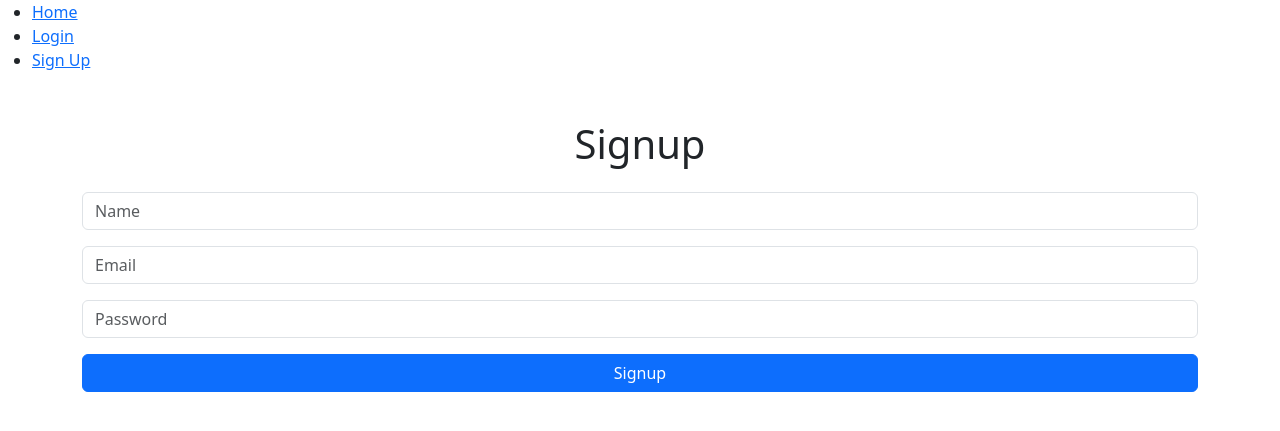
Repository: ismail-yasser/help-microserveices
Page: /signup (app in frontend/)
An editor plug-in stored every save of this project. The page is shown before and after the next save, followed by the edit.
The browser window is 1280 px wide. The pictures show the whole page.
The project was rebuilt for these pictures with package versions that can differ from the ones it lists, and the page was loaded fresh each time. Also part of the build but not shown: frontend/src/pages/LoginPage.js, frontend/src/services/api.js, frontend/src/pages/HelpRequestListPage.js, frontend/src/pages/CreateHelpRequestPage.js, frontend/src/pages/HelpRequestDetailPage.js, frontend/src/pages/CreateHelpOfferPage.js. Imported but missing from the stored project, and not drawn on this page: frontend/src/context/services/api.

Above is the page before, as saved 2025-05-20 21:58:24.

### frontend/public/index.html
<!DOCTYPE html>
<html lang="en">
  <head>
    <meta charset="utf-8" />
    <link rel="icon" href="%PUBLIC_URL%/favicon.ico" />
    <meta name="viewport" content="width=device-width, initial-scale=1" />
    <meta name="theme-color" content="#000000" />
    <meta
      http-equiv="Content-Security-Policy"
      content="default-src 'self'; font-src 'self' data: https: fonts.gstatic.com; img-src 'self' data: https:; style-src 'self' 'unsafe-inline' https://fonts.googleapis.com; script-src 'self' 'unsafe-inline'; connect-src 'self' http://localhost:* ws://localhost:*;"
    />
    <meta
      name="description"
      content="Web site created using create-react-app"
    />
    <link rel="apple-touch-icon" href="%PUBLIC_URL%/logo192.png" />
    <!--
      manifest.json provides metadata used when your web app is installed on a
      user's mobile device or desktop. See https://developers.google.com/web/fundamentals/web-app-manifest/
    -->
    <link rel="manifest" href="%PUBLIC_URL%/manifest.json" />
    <!--
      Notice the use of %PUBLIC_URL% in the tags above.
      It will be replaced with the URL of the `public` folder during the build.
      Only files inside the `public` folder can be referenced from the HTML.

      Unlike "/favicon.ico" or "favicon.ico", "%PUBLIC_URL%/favicon.ico" will
      work correctly both with client-side routing and a non-root public URL.
      Learn how to configure a non-root public URL by running `npm run build`.
    -->
    <title>React App</title>
  </head>
  <body>
    <noscript>You need to enable JavaScript to run this app.</noscript>
    <div id="root"></div>
    <!--
      This HTML file is a template.
      If you open it directly in the browser, you will see an empty page.

      You can add webfonts, meta tags, or analytics to this file.
      The build step will place the bundled scripts into the <body> tag.

      To begin the development, run `npm start` or `yarn start`.
      To create a production bundle, use `npm run build` or `yarn build`.
    -->
  </body>
</html>

### frontend/src/index.js
import React from 'react';
import ReactDOM from 'react-dom/client';
import './index.css';
import 'bootstrap/dist/css/bootstrap.min.css'; // Import Bootstrap CSS
import App from './App';

const root = ReactDOM.createRoot(document.getElementById('root'));
root.render(
  <React.StrictMode>
    <App />
  </React.StrictMode>
);

### frontend/src/App.js
import React from 'react';
import { BrowserRouter as Router, Routes, Route, Link, Navigate } from 'react-router-dom';
import { AuthProvider, useAuth } from './context/AuthContext';
import LoginPage from './pages/LoginPage';
import SignupPage from './pages/SignupPage';
import HelpRequestList from './pages/HelpRequestListPage';
import CreateHelpRequestPage from './pages/CreateHelpRequestPage';
import HelpRequestDetailPage from './pages/HelpRequestDetailPage';
import CreateHelpOfferPage from './pages/CreateHelpOfferPage';

function App() {
  const { user, logout, loading } = useAuth();

  if (loading) {
    return <div>Loading...</div>; // Or a proper spinner component
  }

  return (
    <Router>
      <nav>
        <ul>
          <li><Link to="/">Home</Link></li>
          {user ? (
            <>
              <li><Link to="/help-requests">View Help Requests</Link></li>
              <li><Link to="/create-help-request">Create Help Request</Link></li>
              <li><Link to="/create-help-offer">Create Help Offer</Link></li>
              <li><button onClick={logout}>Logout</button></li>
              {/* Display user info if available */}
              {user && user.name && <li>Logged in as: {user.name}</li>}
            </>
          ) : (
            <>
              <li><Link to="/login">Login</Link></li>
              <li><Link to="/signup">Sign Up</Link></li>
            </>
          )}
        </ul>
      </nav>
      <Routes>
        <Route path="/login" element={<LoginPage />} />
        <Route path="/signup" element={<SignupPage />} />

        {/* Protected Routes */}
        <Route
          path="/help-requests"
          element={user ? <HelpRequestList /> : <Navigate to="/login" />}
        />
        <Route
          path="/help-requests/:id"
          element={user ? <HelpRequestDetailPage /> : <Navigate to="/login" />}
        />
        <Route
          path="/create-help-request"
          element={user ? <CreateHelpRequestPage /> : <Navigate to="/login" />}
        />
        <Route
          path="/create-help-offer"
          element={user ? <CreateHelpOfferPage /> : <Navigate to="/login" />}
        />
        <Route
          path="/"
          element={user ? <Navigate to="/help-requests" /> : <Navigate to="/login" />}
        />
      </Routes>
    </Router>
  );
}

// Wrap App with AuthProvider so useAuth can be used within App
const AppWrapper = () => (
  <AuthProvider>
    <App />
  </AuthProvider>
);

export default AppWrapper;

### frontend/src/context/AuthContext.js
import React, { createContext, useState, useEffect, useContext } from 'react';
import api from './services/api'; // Assuming your api.js is in a services folder

const AuthContext = createContext(null);

export const AuthProvider = ({ children }) => {
  const [user, setUser] = useState(null);
  const [loading, setLoading] = useState(true);

  useEffect(() => {
    const token = localStorage.getItem('token');
    if (token) {
      // You might want to verify the token with the backend here
      // For now, we'll assume if a token exists, the user might be logged in.
      // Fetch user data if token exists
      api.getCurrentUser().then(response => {
        setUser(response.data);
      }).catch(() => {
        // Token might be invalid or expired
        localStorage.removeItem('token');
        setUser(null);
      }).finally(() => {
        setLoading(false);
      });
    } else {
      setLoading(false);
    }
  }, []);

  const login = async (credentials) => {
    try {
      const response = await api.loginUser(credentials);
      localStorage.setItem('token', response.data.token);
      // Fetch user data after login
      const userResponse = await api.getCurrentUser();
      setUser(userResponse.data);
      return response;
    } catch (error) {
      console.error('Login failed:', error);
      throw error;
    }
  };

  const signup = async (userData) => {
    try {
      const response = await api.signupUser(userData);
      // Optionally log in the user directly after signup
      // localStorage.setItem('token', response.data.token);
      // setUser(response.data.user); // Assuming signup returns user and token
      return response;
    } catch (error) {
      console.error('Signup failed:', error);
      throw error;
    }
  };

  const logout = () => {
    localStorage.removeItem('token');
    setUser(null);
  };

  return (
    <AuthContext.Provider value={{ user, setUser, login, signup, logout, loading }}>
      {children}
    </AuthContext.Provider>
  );
};

export const useAuth = () => useContext(AuthContext);

### frontend/src/pages/SignupPage.js
import { useState } from 'react';
import { useNavigate } from 'react-router-dom';
import { signup } from '../services/userService';

function SignupPage() {
  const [name, setName] = useState('');
  const [email, setEmail] = useState('');
  const [password, setPassword] = useState('');
  const [error, setError] = useState('');
  const [success, setSuccess] = useState('');
  const navigate = useNavigate();

  const handleSignup = async (e) => {
    e.preventDefault();
    try {
      await signup({ name, email, password });
      setSuccess('Signup successful! You can now log in.');
      setError('');
      navigate('/login'); // Redirect to login page
    } catch (err) {
      setError('Signup failed. Please try again.');
      setSuccess('');
    }
  };

  return (
    <div className="container mt-5">
      <h1 className="text-center">Signup</h1>
      <form onSubmit={handleSignup} className="mt-4">
        <div className="mb-3">
          <input
            type="text"
            className="form-control"
            placeholder="Name"
            value={name}
            onChange={(e) => setName(e.target.value)}
          />
        </div>
        <div className="mb-3">
          <input
            type="email"
            className="form-control"
            placeholder="Email"
            value={email}
            onChange={(e) => setEmail(e.target.value)}
          />
        </div>
        <div className="mb-3">
          <input
            type="password"
            className="form-control"
            placeholder="Password"
            value={password}
            onChange={(e) => setPassword(e.target.value)}
          />
        </div>
        <button type="submit" className="btn btn-primary w-100">Signup</button>
      </form>
      {error && <p className="text-danger text-center mt-3">{error}</p>}
      {success && <p className="text-success text-center mt-3">{success}</p>}
    </div>
  );
}

export default SignupPage;

### frontend/src/services/userService.js
import axios from 'axios';

const API_URL = 'http://localhost:3000/api/users'; // User service runs on port 3000

export const login = async (credentials) => {
  const response = await axios.post(`${API_URL}/login`, credentials);
  if (response.data.token) {
    localStorage.setItem('token', response.data.token);
  }
  return response.data;
};

export const signup = async (userData) => {
  const response = await axios.post(`${API_URL}/register`, userData);
  if (response.data.token) {
    localStorage.setItem('token', response.data.token);
  }
  return response.data;
};

export const getUserProfile = async (token) => {
  const response = await axios.get(`${API_URL}/profile`, {
    headers: { Authorization: `Bearer ${token}` }
  });
  return response.data;
};

// Add other user service functions as needed

Loaded but not shown: frontend/src/index.css (common file); frontend/src/reportWebVitals.js (common file)

After the next save:
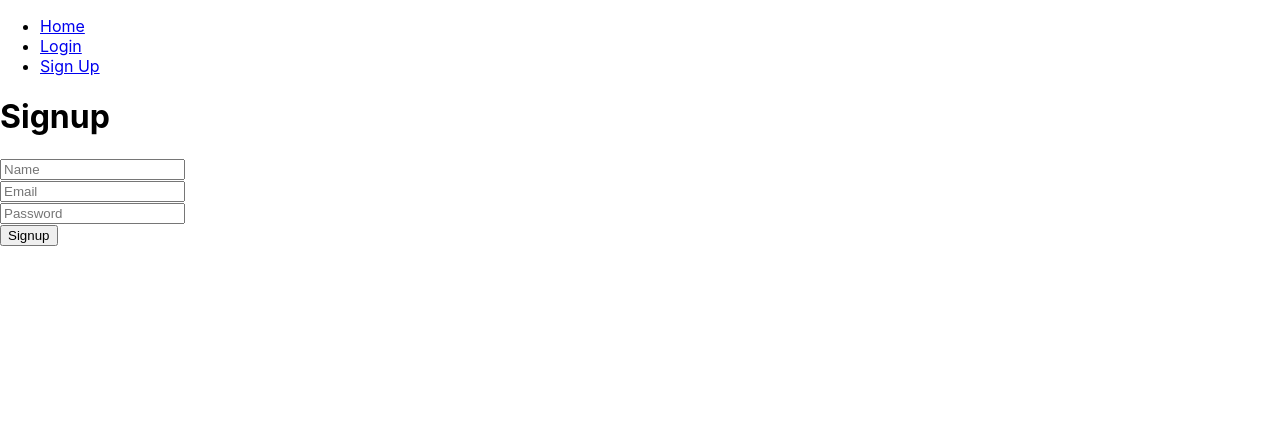
Saved 10 s later.
--- a/frontend/src/index.js
+++ b/frontend/src/index.js
@@ -1,12 +1,17 @@
 import React from 'react';
 import ReactDOM from 'react-dom/client';
 import './index.css';
-import 'bootstrap/dist/css/bootstrap.min.css'; // Import Bootstrap CSS
-import App from './App';
+import AppWrapper from './App'; // Changed to import AppWrapper
+import reportWebVitals from './reportWebVitals';
 
 const root = ReactDOM.createRoot(document.getElementById('root'));
 root.render(
   <React.StrictMode>
-    <App />
+    <AppWrapper /> {/* Changed to render AppWrapper */}
   </React.StrictMode>
 );
+
+// If you want to start measuring performance in your app, pass a function
+// to log results (for example: reportWebVitals(console.log))
+// or send to an analytics endpoint. Learn more: https://bit.ly/CRA-vitals
+reportWebVitals();
